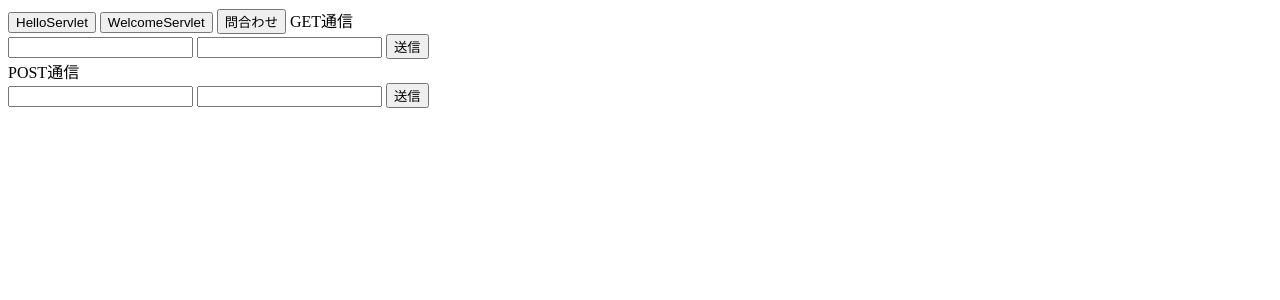
Repository: uki-sa/test
Page: http://localhost/HelloServlet/
The author's editor kept a copy of each file at every save. The page is drawn from the files as they stood at one save, then again after the next save.
The browser window is 1280 px wide. The pictures show the whole page.
The page is served by Tomcat 9. Other server files are loaded and not shown.

Above is the page before, as saved 2019-10-21 10:59:15.

### HelloServlet/WebContent/index.jsp
<%@ page language="java" contentType="text/html; charset=UTF-8"
    pageEncoding="UTF-8"%>
<!DOCTYPE html>
<html>
<head>
<meta charset="UTF-8">
<title>HelloServlet</title>
</head>
<body>
<input type="button" value="HelloServlet" onClick="location.href='HelloServlet'">
<input type="button" value="WelcomeServlet" onClick="location.href='welcome.jsp'">
<input type="button" value="問合わせ" onClick="location.href='inquiry.jsp'">
GET通信
<form method="get" action="TestServlet">
	<input type="text" name="username">
	<input type="password" name="password">
	<input type="submit" value="送信">
</form>

POST通信
<form method="post" action="TestServlet">
	<input type="text" name="username">
	<input type="password" name="password">
	<input type="submit" value="送信">
</form>
</body>
</html>

After the next save:
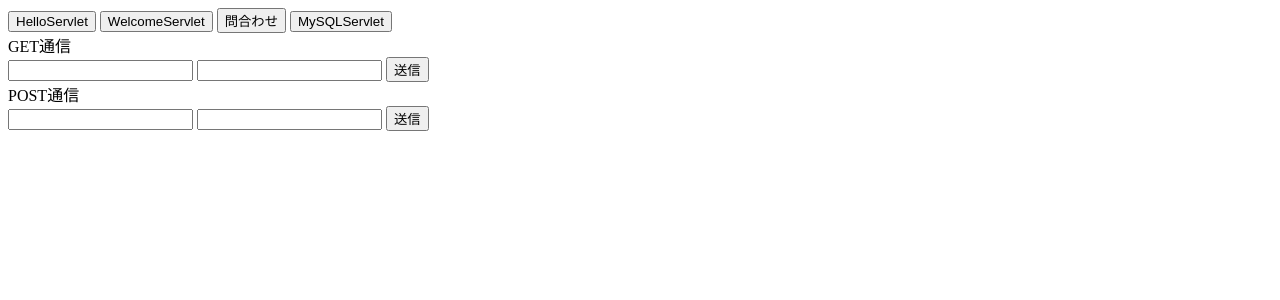
Saved 21 min 43 s later.
--- a/HelloServlet/WebContent/index.jsp
+++ b/HelloServlet/WebContent/index.jsp
@@ -10,6 +10,8 @@
 <input type="button" value="HelloServlet" onClick="location.href='HelloServlet'">
 <input type="button" value="WelcomeServlet" onClick="location.href='welcome.jsp'">
 <input type="button" value="問合わせ" onClick="location.href='inquiry.jsp'">
+<input type="button" value="MySQLServlet" onClick="location.href='MySQLServlet'">
+<br>
 GET通信
 <form method="get" action="TestServlet">
 	<input type="text" name="username">
@@ -23,5 +25,9 @@ POST通信
 	<input type="password" name="password">
 	<input type="submit" value="送信">
 </form>
+
+
+
+
 </body>
 </html>
